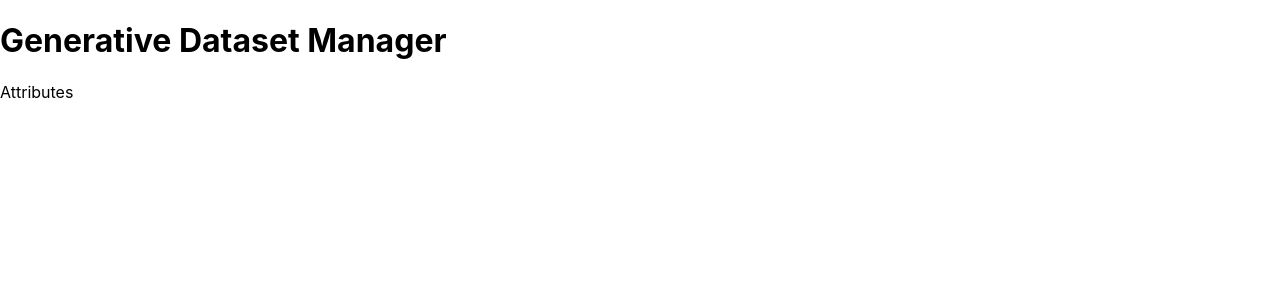
Repository: DaiWelsh/generatrive-ui
Page: /
These files come from the project's save history. The page is drawn as it stood at one moment and after a run of saves; the edit follows.
The browser window is 1280 px wide. The pictures show the whole page.
The project was rebuilt for these pictures with package versions that can differ from the ones it lists, and the page was loaded fresh each time. Also part of the build but not shown: src/App.css.

Above is the page before, as saved 2021-10-10 12:40:18.

### src/App.js
import './App.css';
import Dataset from './components/Dataset';
import DatasetState from './context/dataset/DatasetState';

function App() {
  console.log('*** App Render ***');

  return (
    <div>
      <h1>Generative Dataset Manager</h1>
      <DatasetState>
        <Dataset />
      </DatasetState>
    </div>
  );
}

export default App;

### src/components/Dataset.js
import React, { useContext, Fragment } from 'react'
import DatasetContext from '../context/dataset/datasetContext'

export default function Containers({ children }) {
  console.log('*** Containers Render ***');

  const datasetContext = useContext(DatasetContext);
  const attributes = datasetContext.attributes;

  console.log('attributes', attributes);

  return (
    <Fragment>
      Attributes
      {}
    </Fragment>
  );
}

### src/context/dataset/DatasetState.js
import React, { useReducer } from 'react';
import datasetContext from './datasetContext';
import datasetReducer from './datasetReducer';
import initialState from './initialState';
import { ADD_ATTRIBUTE, REMOVE_ATTRIBUTE } from '../types';

const DatasetState = props => {
  console.log('*** DatasetState Render ***');

  const [state, dispatch] = useReducer(datasetReducer, initialState);

  const addAttribute = (payload) => dispatch({ type: ADD_ATTRIBUTE, payload });
  const removeAttribute = (payload) => dispatch({ type: REMOVE_ATTRIBUTE, payload });

  const getAttributes = () => state.attributes;
  const getName = () => state.name;

  return <datasetContext.Provider value={{
    name: state.name,
    attributes: state.attributes,
    getName,
    getAttributes,
    addAttribute,
    removeAttribute,
  }}>
    {props.children}
  </datasetContext.Provider>
}

export default DatasetState;

### src/context/dataset/datasetContext.js
import { createContext } from 'react';

const datasetContext = createContext();

export default datasetContext;

### src/context/dataset/datasetReducer.js
import { ADD_ATTRIBUTE, REMOVE_ATTRIBUTE } from '../types';

const reducer = (state, action) => {
  console.log('datasetReducer', state, action);
  switch (action.type) {
    default:
      return state;
  }
}

export default reducer;

### src/context/dataset/initialState.js
const initialState = {
  name: 'test dataset',
  attributes: [
    {
      name: 'First Attribute',
      values: [
        {
          id: 'hashvalue1',
          name: 'First attr value a',
          category: false,
          fileName: 'first/a.jpg',
          probability: 0.7,
        },
        {
          id: 'hashvalue2',
          name: 'First attr value b',
          category: false,
          fileName: 'first/b.jpg',
          probability: 0.3,
        },
      ],
    },
    {
      name: 'Second Attribute',
      values: [
        {
          id: 'hashvalue3',
          name: 'Second attr value 1',
          category: false,
          fileName: 'second/1.jpg',
          probability: 0.1,
        },
        {
          id: 'hashvalue4',
          name: 'Second attr category 1',
          category: true,
          fileName: null,
          probability: 0.9,
          values: [
            {
              id: 'hashvalue5',
              name: 'Second attr cat 1 value 1',
              category: false,
              fileName: 'second/1/1.jpg',
              probability: 0.6,
            },
            {
              id: 'hashvalue6',
              name: 'Second attr cat 1 value 2',
              category: false,
              fileName: 'second/1/2.jpg',
              probability: 0.4,
            },
          ]
        },
      ],
    },
  ],
};

export default initialState;

### src/context/types.js
// dataset state
export const ADD_ATTRIBUTE = 'ADD_ATTRIBUTE';
export const REMOVE_ATTRIBUTE = 'REMOVE_ATTRIBUTE';

Loaded but not shown: public/index.html (common file); src/index.js (common file); src/index.css (common file); src/reportWebVitals.js (common file)

After the next 12 saves:
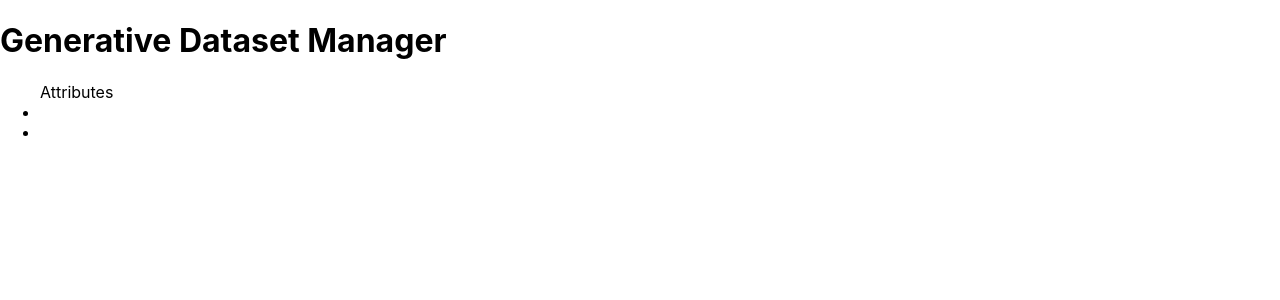
The 12 saves are shown as one change because 5 did not build or start and some came seconds apart.
The last was saved 43 s later.
--- a/src/components/Dataset.js
+++ b/src/components/Dataset.js
@@ -10,9 +10,9 @@
   console.log('attributes', attributes);
 
   return (
-    <Fragment>
+    <ul>
       Attributes
-      {}
-    </Fragment>
+      {attributes.map((attr) => <li></li>)}
+    </ul>
   );
 }
